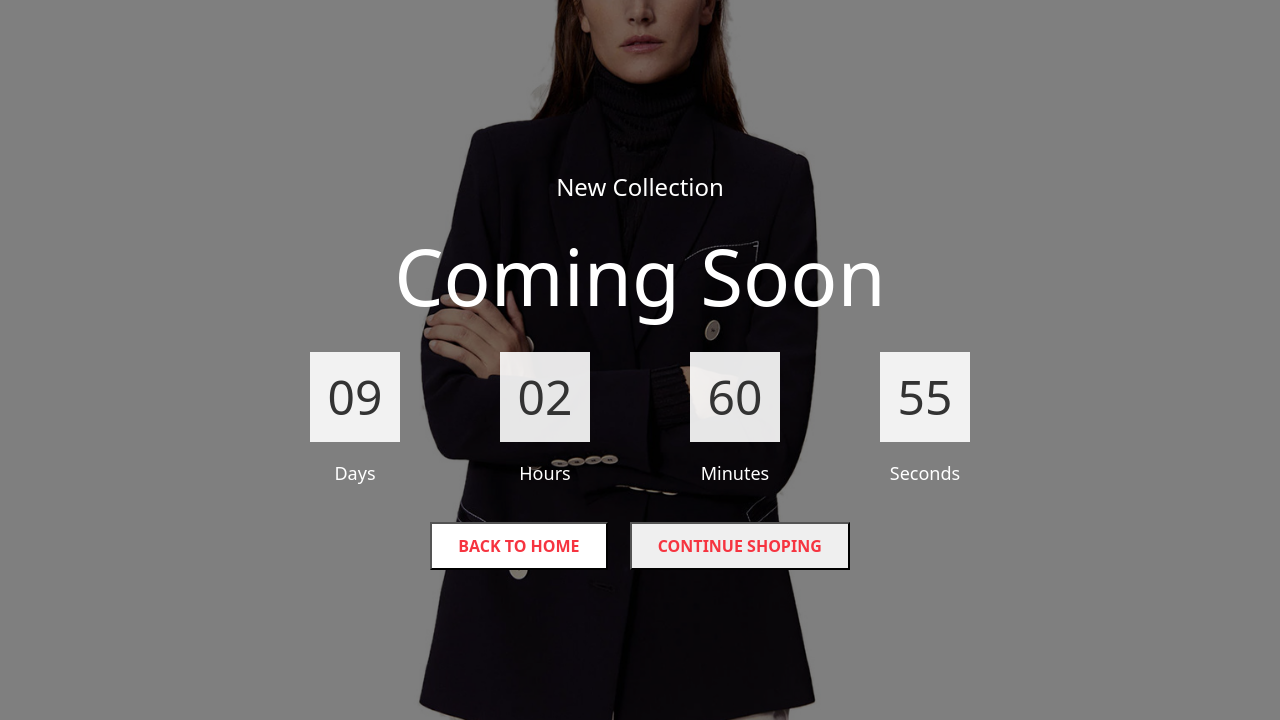
Repository: ST-United-Internship/Modaz-4life
Page: comingsoon&FAQ/coming-soon.html
These files come from the project's save history. The page is drawn as it stood at one moment and after a run of saves; the edit follows.
The browser window is 1280 px wide. The pictures show the whole page.

Above is the page before, as saved 2023-03-22 10:10:02.

After the next 2 saves:
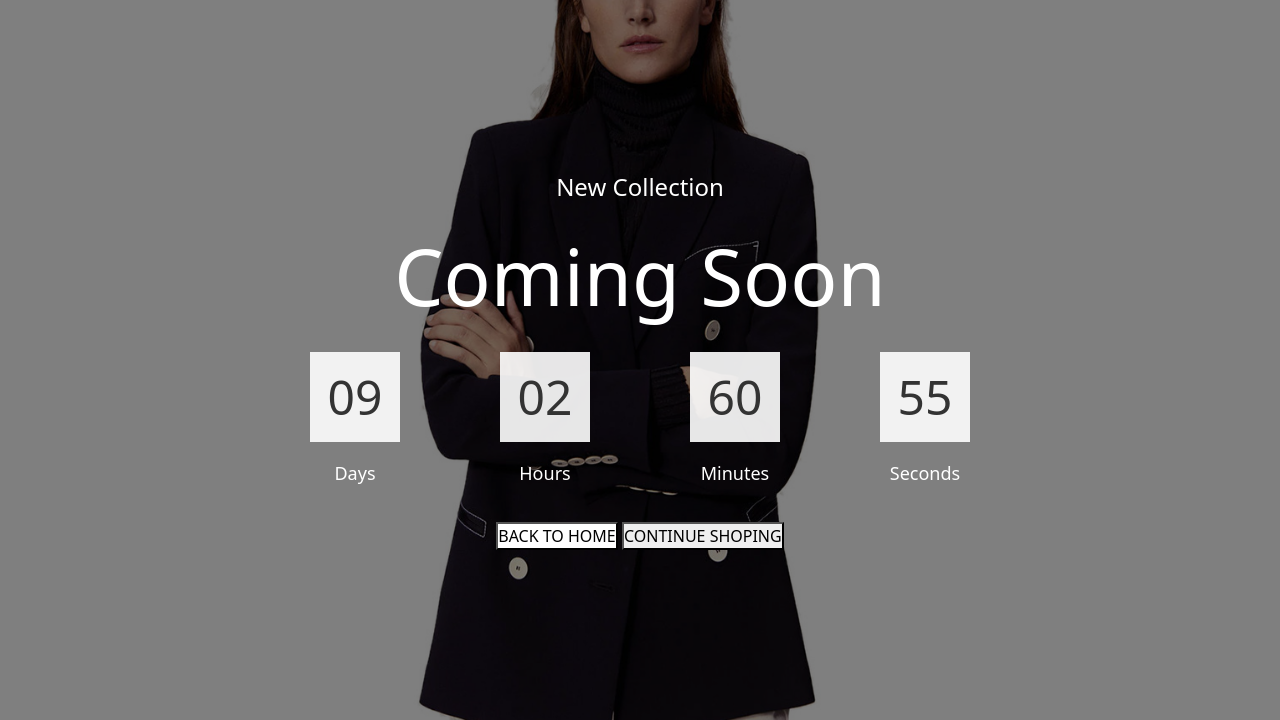
The 2 saves are shown as one change because they came seconds apart.
The last was saved 25 s later.
--- a/comingsoon&FAQ/css/comming-soon.css
+++ b/comingsoon&FAQ/css/comming-soon.css
@@ -79,7 +79,7 @@
 
 }
 
-.flat-button button{
+.flat-button button .{
     padding: 7px 26px;
     font-weight: 700;
     line-height: 30px;
@@ -87,6 +87,7 @@
     margin: 0 9px;
     color: #f63440;
 }
+
 
 @media only screen and (max-width: 300px){
      .my-container header{

After the 4 saves that followed:
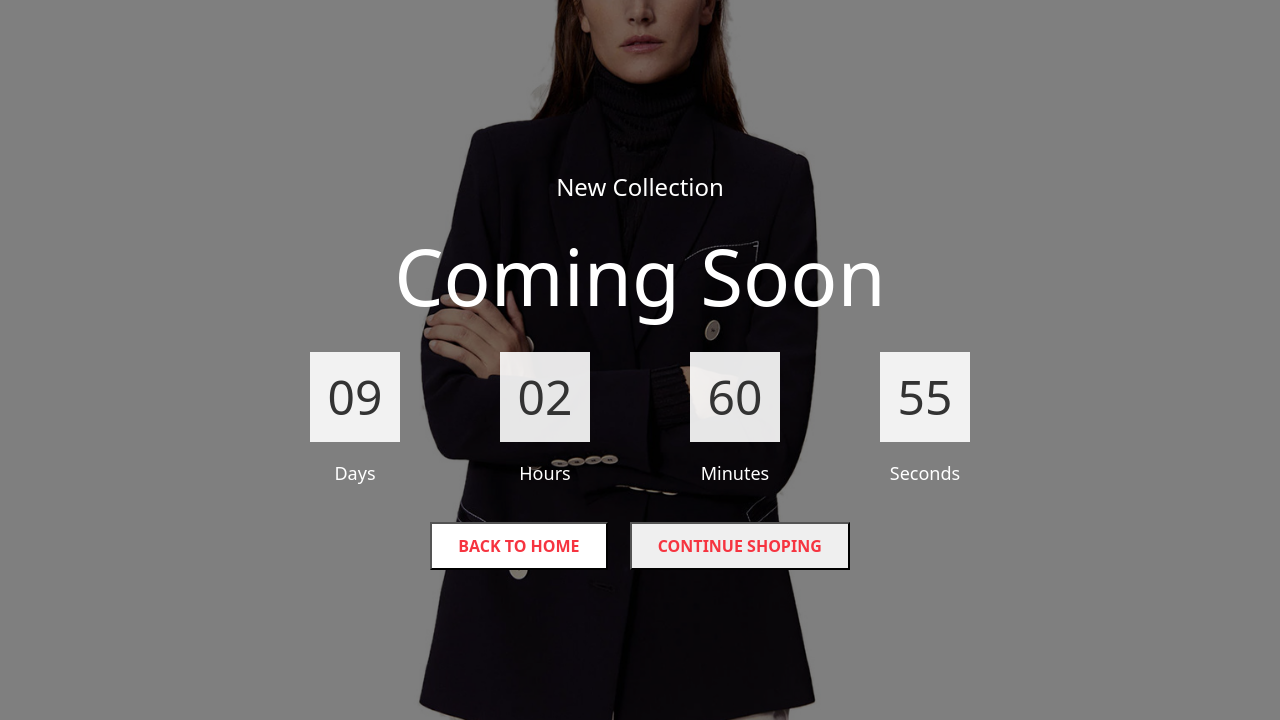
The 4 saves are shown as one change because 1 left the picture as it was and some came seconds apart.
The last was saved 21 s later.
--- a/comingsoon&FAQ/css/comming-soon.css
+++ b/comingsoon&FAQ/css/comming-soon.css
@@ -79,7 +79,7 @@
 
 }
 
-.flat-button button .{
+.flat-button button{
     padding: 7px 26px;
     font-weight: 700;
     line-height: 30px;
@@ -87,6 +87,7 @@
     margin: 0 9px;
     color: #f63440;
 }
+
 
 
 @media only screen and (max-width: 300px){
